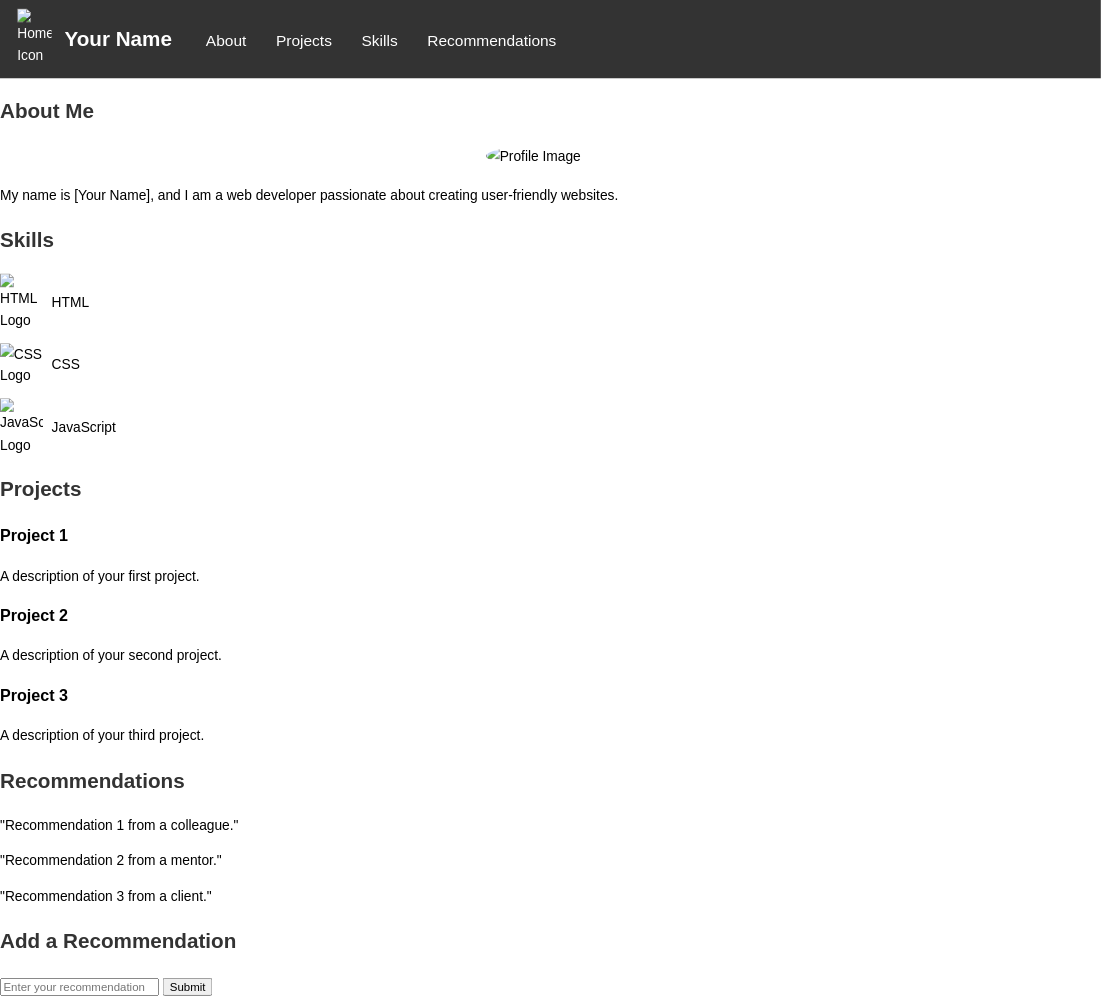
Repository: adityashirsath2003/forkrepo
Page: index.html
The author's editor kept a copy of each file at every save. The page is drawn from the files as they stood at one save, then again after the next save.
The browser window is 1280 px wide. The pictures show the whole page, at 86% of full size.

Above is the page before, as saved 2024-10-23 15:38:25.
Not found: images/css-logo.png
Not found: images/home-icon.png
Not found: images/html-logo.png

### index.html
<!DOCTYPE html>
<html lang="en">
<head>
    <meta charset="UTF-8">
    <meta name="viewport" content="width=device-width, initial-scale=1.0">
    <title>Your Portfolio</title>
    <link rel="stylesheet" href="styles.css">
</head>
<body>
    <header>
        <img src="images/home-icon.png" alt="Home Icon" class="home-icon">
        <h1 class="name">Your Name</h1>
        <nav>
            <ul>
                <li><a href="#about">About</a></li>
                <li><a href="#projects">Projects</a></li>
                <li><a href="#skills">Skills</a></li>
                <li><a href="#recommendations">Recommendations</a></li>
            </ul>
        </nav>
    </header>

    <section id="about">
        <h2>About Me</h2>
        <img src="images/profile.jpg" alt="Profile Image" class="profile-pic">
        <p>My name is [Your Name], and I am a web developer passionate about creating user-friendly websites.</p>
    </section>

    <section id="skills">
        <h2>Skills</h2>
        <div class="skill">
            <img src="images/html-logo.png" alt="HTML Logo" class="skill-logo">
            <p>HTML</p>
        </div>
        <div class="skill">
            <img src="images/css-logo.png" alt="CSS Logo" class="skill-logo">
            <p>CSS</p>
        </div>
        <div class="skill">
            <img src="images/js-logo.png" alt="JavaScript Logo" class="skill-logo">
            <p>JavaScript</p>
        </div>
    </section>

    <section id="projects">
        <h2>Projects</h2>
        <div class="project">
            <h3>Project 1</h3>
            <p>A description of your first project.</p>
        </div>
        <div class="project">
            <h3>Project 2</h3>
            <p>A description of your second project.</p>
        </div>
        <div class="project">
            <h3>Project 3</h3>
            <p>A description of your third project.</p>
        </div>
    </section>

    <section id="recommendations">
        <h2>Recommendations</h2>
        <div class="recommendation">
            <p>"Recommendation 1 from a colleague."</p>
        </div>
        <div class="recommendation">
            <p>"Recommendation 2 from a mentor."</p>
        </div>
        <div class="recommendation">
            <p>"Recommendation 3 from a client."</p>
        </div>
    </section>

    <section id="add-recommendation">
        <h2>Add a Recommendation</h2>
        <form id="recommendationForm">
            <input type="text" id="newRecommendation" placeholder="Enter your recommendation" required>
            <button type="submit">Submit</button>
        </form>
    </section>

    <script src="script.js"></script>
</body>
</html>

### styles.css
body {
    font-family: Arial, sans-serif;
    line-height: 1.6;
    margin: 0;
    padding: 0;
}

header {
    background: #333;
    color: #fff;
    padding: 10px 20px;
    position: relative;
}

.name {
    display: inline-block;
    font-size: 24px;
    font-weight: bold;
}

nav {
    display: inline-block;
    margin-left: 20px;
}

nav ul {
    list-style: none;
    padding: 0;
}

nav ul li {
    display: inline;
    margin: 0 15px;
}

nav ul li a {
    color: #fff;
    text-decoration: none;
    font-size: 18px;
}

nav ul li a:hover {
    color: #007BFF;
    text-decoration: underline;
    font-style: italic;
}

.profile-pic {
    width: 150px;
    border-radius: 50%;
    display: block;
    margin: 20px auto;
}

.skill {
    display: flex;
    align-items: center;
    margin: 10px 0;
}

.skill-logo {
    width: 50px;
    margin-right: 10px;
}

.project {
    margin: 10px 0;
}

.recommendation {
    margin: 10px 0;
}

.home-icon {
    width: 40px;
    float: left;
    margin-right: 15px;
}

h2 {
    color: #333;
}

### script.js
document.getElementById('recommendationForm').addEventListener('submit', function(e) {
    e.preventDefault();
    const newRec = document.getElementById('newRecommendation').value;
    if (newRec) {
        const recSection = document.querySelector('#recommendations');
        const newRecElement = document.createElement('div');
        newRecElement.classList.add('recommendation');
        newRecElement.innerHTML = `<p>"${newRec}"</p>`;
        recSection.appendChild(newRecElement);
        document.getElementById('newRecommendation').value = '';
        alert('Recommendation added successfully!');
    }
});

After the next save:
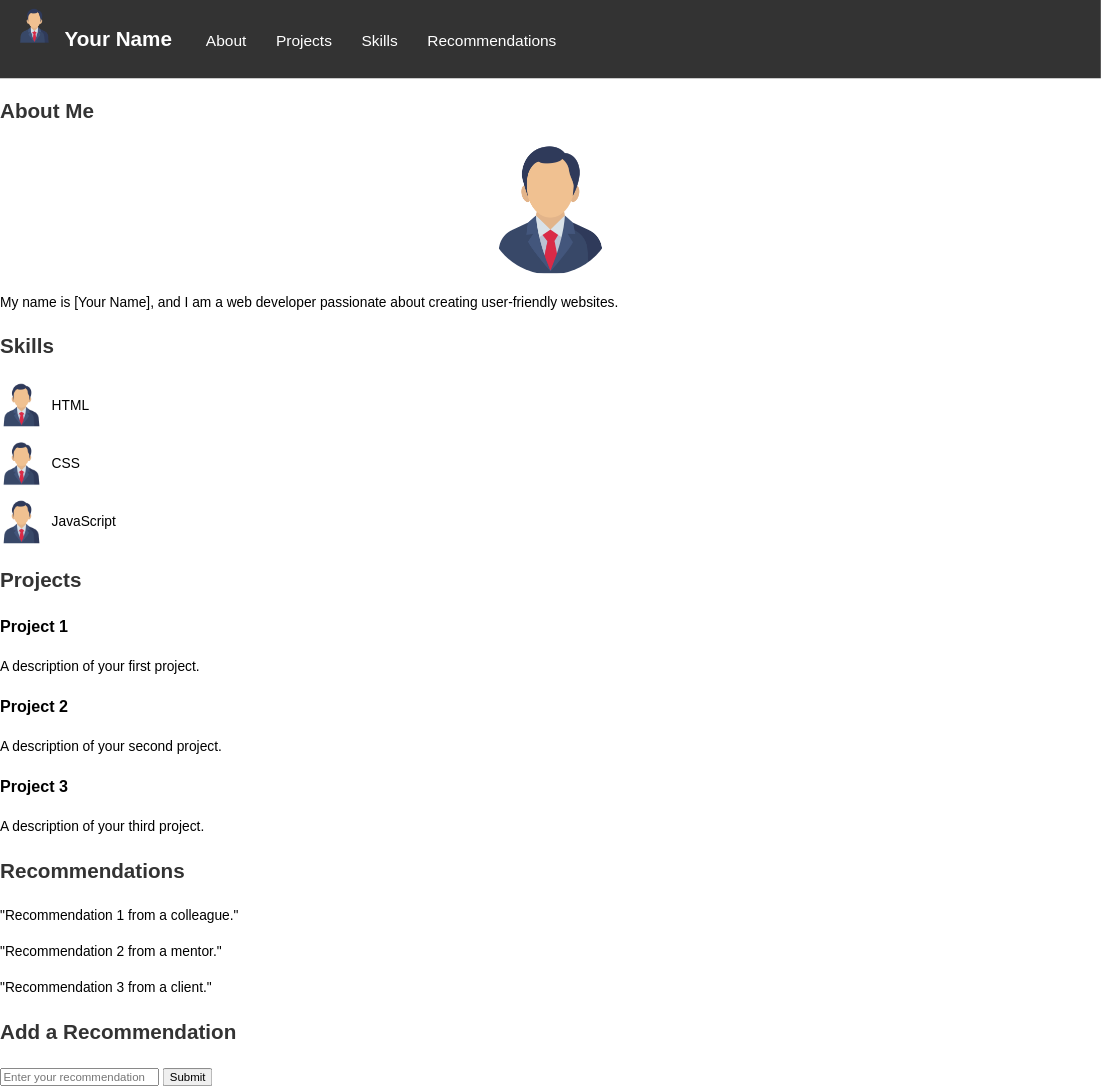
Saved 7 min 45 s later.
--- a/index.html
+++ b/index.html
@@ -8,7 +8,7 @@
 </head>
 <body>
     <header>
-        <img src="images/home-icon.png" alt="Home Icon" class="home-icon">
+        <img src="images/manager.png" alt="Home Icon" class="home-icon">
         <h1 class="name">Your Name</h1>
         <nav>
             <ul>
@@ -22,22 +22,22 @@
 
     <section id="about">
         <h2>About Me</h2>
-        <img src="images/profile.jpg" alt="Profile Image" class="profile-pic">
+        <img src="images/manager.png" alt="Profile Image" class="profile-pic">
         <p>My name is [Your Name], and I am a web developer passionate about creating user-friendly websites.</p>
     </section>
 
     <section id="skills">
         <h2>Skills</h2>
         <div class="skill">
-            <img src="images/html-logo.png" alt="HTML Logo" class="skill-logo">
+            <img src="images/manager.png" alt="HTML Logo" class="skill-logo">
             <p>HTML</p>
         </div>
         <div class="skill">
-            <img src="images/css-logo.png" alt="CSS Logo" class="skill-logo">
+            <img src="images/manager.png" alt="CSS Logo" class="skill-logo">
             <p>CSS</p>
         </div>
         <div class="skill">
-            <img src="images/js-logo.png" alt="JavaScript Logo" class="skill-logo">
+            <img src="images/manager.png" alt="JavaScript Logo" class="skill-logo">
             <p>JavaScript</p>
         </div>
     </section>
